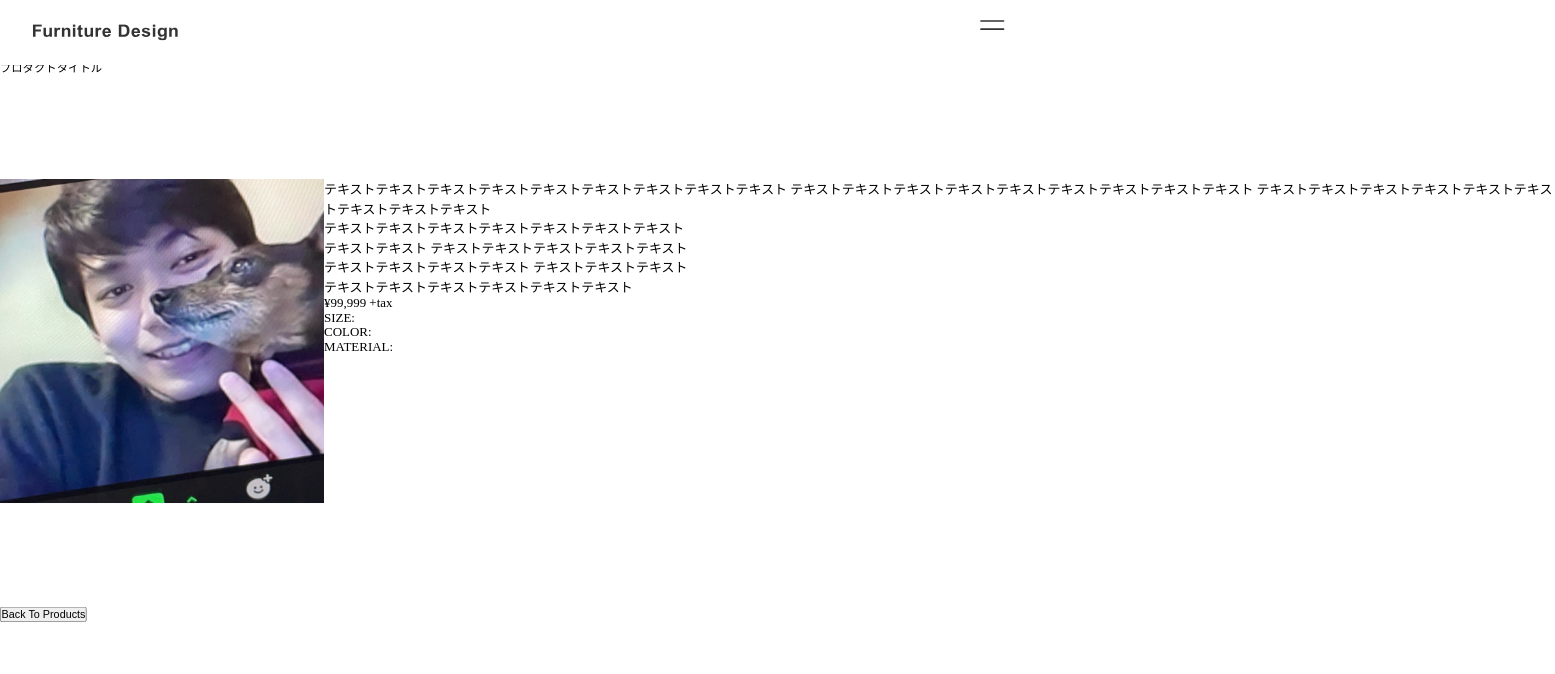
Repository: kohei23n/tenfeet
Page: menbers2/index.html
These files come from the project's save history. The page is drawn as it stood at one moment and after the next save; the edit follows.
The browser window is 1280 px wide. The page is 1920 px wide, so the pictures cover 1920 px, including what lies to the right of the window. The pictures show the whole page, at 81% of full size.

Above is the page before, as saved 2022-02-08 21:54:19.

After the next save:
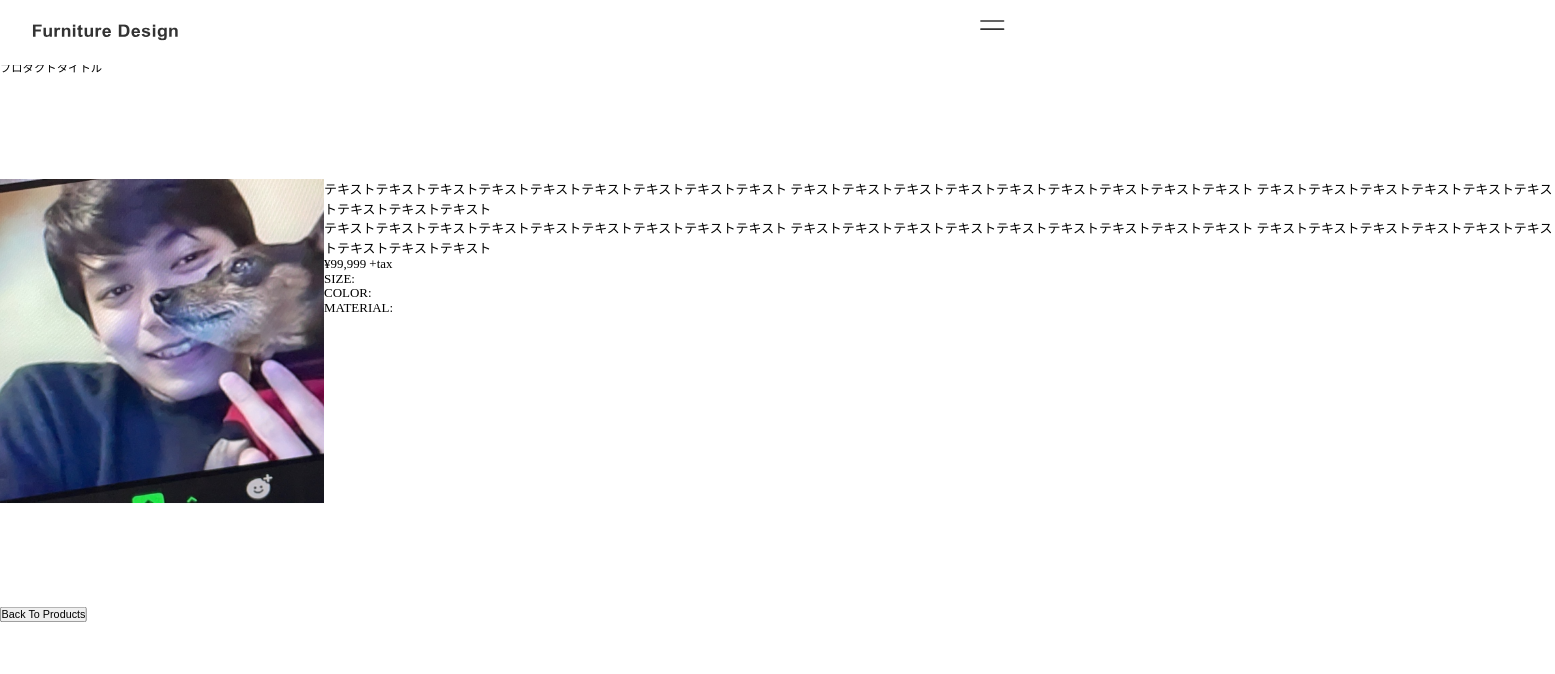
Saved 4 s later.
--- a/menbers2/menbers2.css
+++ b/menbers2/menbers2.css
@@ -124,7 +124,3 @@ img {
     font-size: 14px;
     width: 30%;
 }
-
-.content2{
-    width: 30%;
-}
